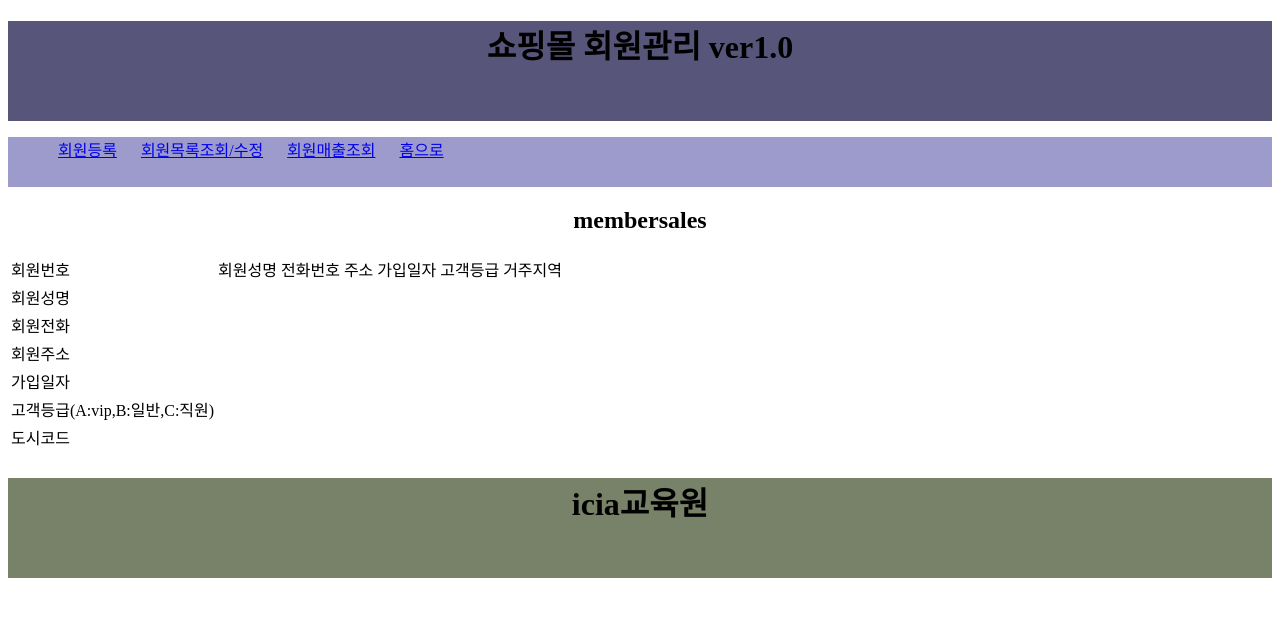
Repository: Kim-seongjun/javastudy2
Page: http://localhost/back_end_test/membersales
An editor plug-in stored every save of this project. The page is shown before and after the next save, followed by the edit.
The browser window is 1280 px wide. The pictures show the whole page.
The page is served by Tomcat 9.

Above is the page before, as saved 2020-01-22 05:59:49.

After the next save:
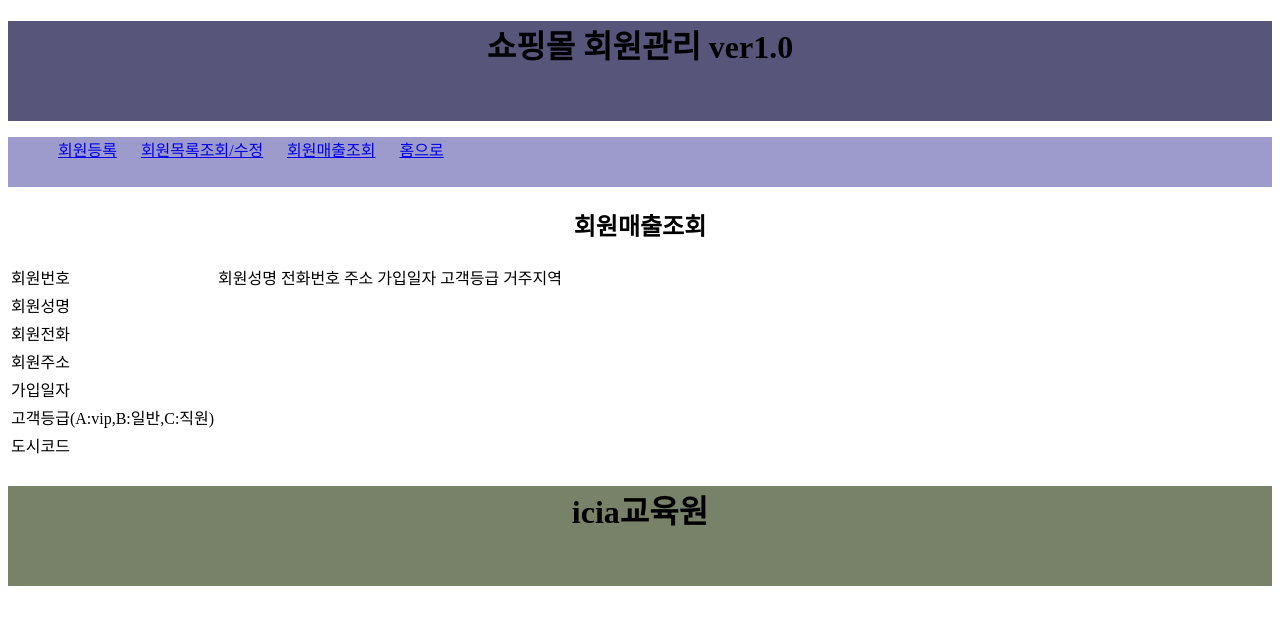
Saved 97 s later.
--- a/back_end_test/WebContent/membersales.jsp
+++ b/back_end_test/WebContent/membersales.jsp
@@ -36,7 +36,7 @@
 	</nav>
 	<section>
 		<div>
-			<h1 style="text-align: center;">membersales</h1>
+			<h1 style="text-align: center;">회원매출조회</h1>
 		</div>
 		<div id="div_join">
 			<form action="#">
